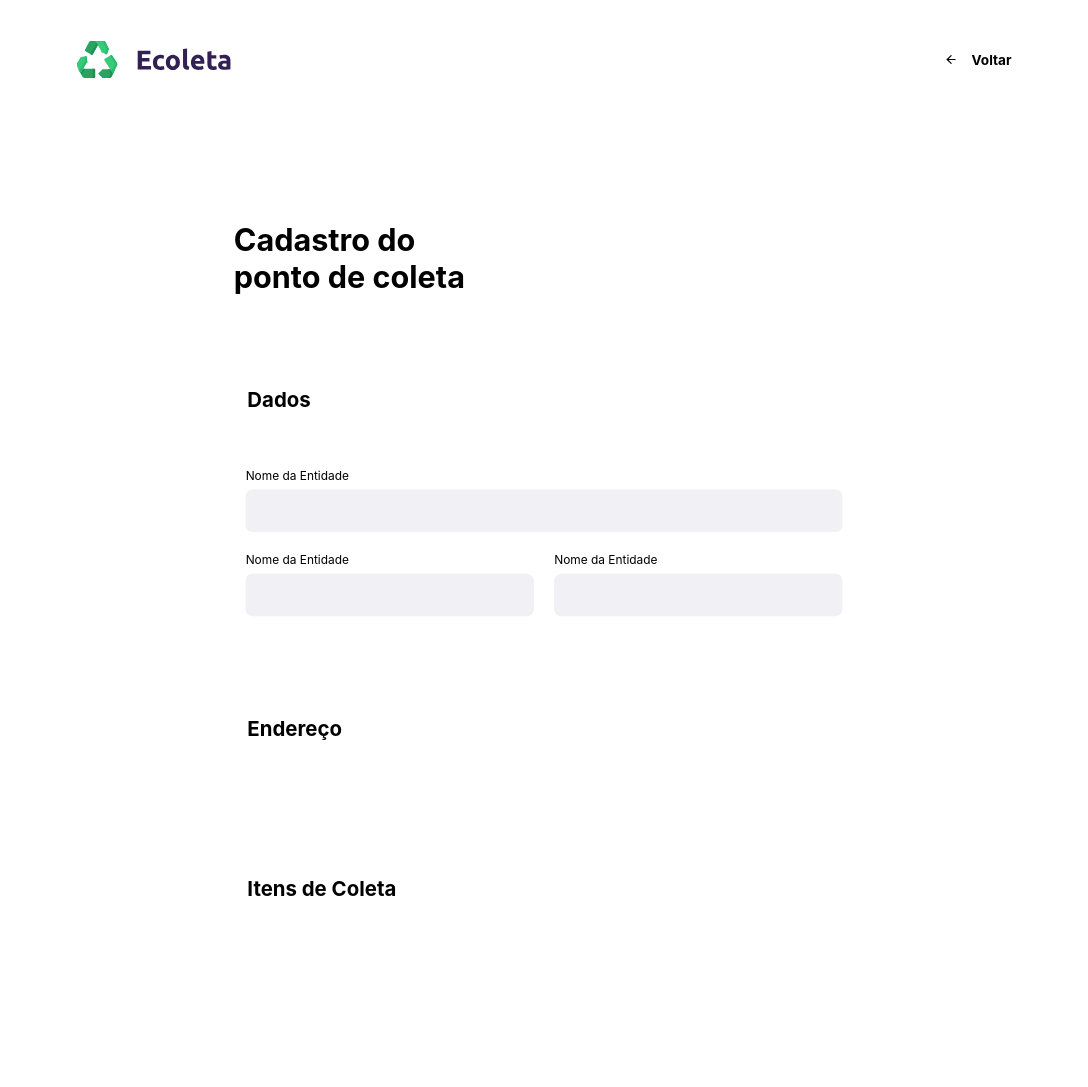
Repository: johnnedemoraesrocha/nlw-o1
Page: /create-point (app in web/)
These files come from the project's save history. The page is drawn as it stood at one moment and after the next save; the edit follows.
The browser window is 1280 px wide. The pictures show the whole page, at 85% of full size.
The project was rebuilt for these pictures with package versions that can differ from the ones it lists, and the page was loaded fresh each time. Also part of the build but not shown: web/src/App.css, web/src/pages/Home/Home.css, web/src/pages/Home/index.tsx.

Above is the page before, as saved 2020-06-03 22:44:36.

### web/public/index.html
<!DOCTYPE html>
<html lang="en">
  <head>
    <meta charset="utf-8" />
    <link rel="icon" href="%PUBLIC_URL%/favicon.ico" />
    <meta name="viewport" content="width=device-width, initial-scale=1" />
    <meta name="theme-color" content="#34CB79" />
    <meta
      name="description"
      content="Web site created using create-react-app"
    />
    <link rel="apple-touch-icon" href="%PUBLIC_URL%/logo192.png" />
    <!--
      manifest.json provides metadata used when your web app is installed on a
      user's mobile device or desktop. See https://developers.google.com/web/fundamentals/web-app-manifest/
    -->
    <!--<link rel="manifest" href="%PUBLIC_URL%/manifest.json" />-->
    <!--
      Notice the use of %PUBLIC_URL% in the tags above.
      It will be replaced with the URL of the `public` folder during the build.
      Only files inside the `public` folder can be referenced from the HTML.

      Unlike "/favicon.ico" or "favicon.ico", "%PUBLIC_URL%/favicon.ico" will
      work correctly both with client-side routing and a non-root public URL.
      Learn how to configure a non-root public URL by running `npm run build`.
    -->
    <title>Ecoleta</title>
  </head>
  <body>
    <noscript>You need to enable JavaScript to run this app.</noscript>
    <div id="root"></div>

  </body>
</html>

### web/src/App.tsx
import React, { useState } from 'react';
//import ReactDOM from 'react-dom';
import logo from './logo.svg';
import './App.css';

//import Header from './Header';
import Routes from './routes';

function App() {

  return (
    <div>
      <Routes  />
    </div>
  );
}

export default App;

### web/src/routes.tsx
import React from 'react';
import { Route, BrowserRouter } from 'react-router-dom';

import Home from './pages/Home';
import CreatePoint from './pages/CreatePoint';

const Routes = () => {
    return (
        <BrowserRouter>
            <Route component={Home} path="/" exact/>
            <Route component={CreatePoint} path="/create-point"/>
        </BrowserRouter>
    )
}
export default Routes;

### web/src/pages/CreatePoint/index.tsx
import React from 'react';
import { Link } from 'react-router-dom';
import { FiArrowLeft } from 'react-icons/fi';

import './CreatePoint.css';

import logo from '../../assets/logo.svg';

const CreatePoint = () => {
    return (
        <div id="page-create-point">
            <header>
                <img src={logo} alt="Ecoleta"></img>
                <Link to="/">
                    <FiArrowLeft />
                    Voltar
                </Link>
            </header>

            <form>
                <h1>Cadastro do <br/> ponto de coleta</h1>

                <fieldset>
                    <legend>
                        <h2>Dados</h2>
                    </legend>

                    <div className="field">
                        <label htmlFor="name">Nome da Entidade</label>
                        <input type="text" name="name" id="name" />
                    </div>

                    <div className="field-group">

                        <div className="field">
                            <label htmlFor="name">Nome da Entidade</label>
                            <input type="text" name="name" id="name" />
                        </div>

                        <div className="field">
                            <label htmlFor="name">Nome da Entidade</label>
                            <input type="text" name="name" id="name" />
                        </div>

                    </div>
                </fieldset>

                <fieldset>
                    <legend>
                        <h2>Endereço</h2>
                    </legend>
                </fieldset>

                <fieldset>
                    <legend>
                        <h2>Itens de Coleta</h2>
                    </legend>
                </fieldset>
            </form>

        </div>
    )
}

export default CreatePoint;

### web/src/pages/CreatePoint/CreatePoint.css
#page-create-point {
  width: 100%;
  max-width: 1100px;

  margin: 0 auto;
}

#page-create-point header {
  margin-top: 48px;

  display: flex;
  justify-content: space-between;
  align-items: center;
}

#page-create-point header a {
  color: var(--title-color);
  font-weight: bold;
  text-decoration: none;

  display: flex;
  align-items: center;
}

#page-create-point header a svg {
  margin-right: 16px;
  color: var(--primary-color);
}

#page-create-point form {
  margin: 80px auto;
  padding: 64px;
  max-width: 730px;
  background: #FFF;
  border-radius: 8px;

  display: flex;
  flex-direction: column;
}

#page-create-point form h1 {
  font-size: 36px;
}

#page-create-point form fieldset {
  margin-top: 64px;
  min-inline-size: auto;
  border: 0;
}

#page-create-point form legend {
  width: 100%;
  display: flex;
  justify-content: space-between;
  align-items: center;
  margin-bottom: 40px;
}

#page-create-point form legend h2 {
  font-size: 24px;
}

#page-create-point form legend span {
  font-size: 14px;
  font-weight: normal;
  color: var(--text-color);
}

#page-create-point form .field-group {
  flex: 1;
  display: flex;
}

#page-create-point form .field {
  flex: 1;

  display: flex;
  flex-direction: column;
  margin-bottom: 24px;
}

#page-create-point form .field input[type=text],
#page-create-point form .field input[type=email],
#page-create-point form .field input[type=number] {
  flex: 1;
  background: #F0F0F5;
  border-radius: 8px;
  border: 0;
  padding: 16px 24px;
  font-size: 16px;
  color: #6C6C80;
}

#page-create-point form .field select {
  -webkit-appearance: none;
  -moz-appearance: none;
  appearance: none;
  flex: 1;
  background: #F0F0F5;
  border-radius: 8px;
  border: 0;
  padding: 16px 24px;
  font-size: 16px;
  color: #6C6C80;
}

#page-create-point form .field input::placeholder {
  color: #A0A0B2;
}

#page-create-point form .field label {
  font-size: 14px;
  margin-bottom: 8px;
}

#page-create-point form .field :disabled {
  cursor: not-allowed;
}

#page-create-point form .field-group .field + .field {
  margin-left: 24px;
}

#page-create-point form .field-group input + input {
  margin-left: 24px;
}

#page-create-point form .field-check {
  flex-direction: row;
  align-items: center;
}

#page-create-point form .field-check input[type=checkbox] {
  background: #F0F0F5;
}

#page-create-point form .field-check label {
  margin: 0 0 0 8px;
}

#page-create-point form .leaflet-container {
  width: 100%;
  height: 350px;
  border-radius: 8px;
  margin-bottom: 24px;
}

#page-create-point form button {
  width: 260px;
  height: 56px;
  background: var(--primary-color);
  border-radius: 8px;
  color: #FFF;
  font-weight: bold;
  font-size: 16px;
  border: 0;
  align-self: flex-end;
  margin-top: 40px;
  transition: background-color 0.2s;
  cursor: pointer;
}

#page-create-point form button:hover {
  background: #2FB86E;
}

.items-grid {
  display: grid;
  grid-template-columns: repeat(3, 1fr);
  gap: 16px;
  list-style: none;
}

.items-grid li {
  background: #f5f5f5;
  border: 2px solid #f5f5f5;
  height: 180px;
  border-radius: 8px;
  padding: 32px 24px 16px;

  display: flex;
  flex-direction: column;
  justify-content: space-between;
  align-items: center;

  text-align: center;

  cursor: pointer;
}

.items-grid li span {
  flex: 1;
  margin-top: 12px;

  display: flex;
  align-items: center;
  color: var(--title-color)
}

.items-grid li.selected {
  background: #E1FAEC;
  border: 2px solid #34CB79;
}

Loaded but not shown: web/src/index.tsx (common file); web/src/index.css (common file)

After the next save:
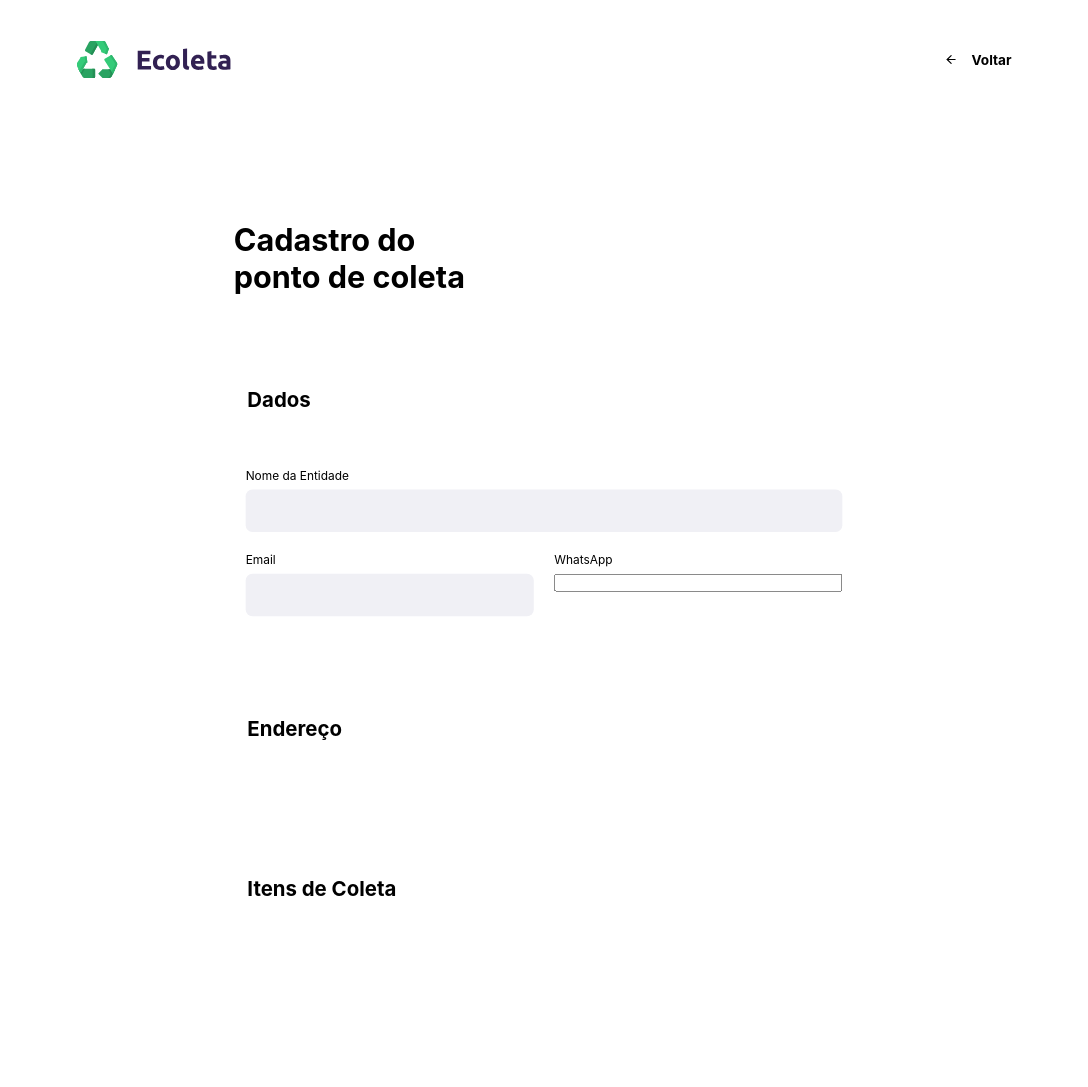
Saved 43 s later.
--- a/web/src/pages/CreatePoint/index.tsx
+++ b/web/src/pages/CreatePoint/index.tsx
@@ -33,13 +33,13 @@ const CreatePoint = () => {
                     <div className="field-group">
 
                         <div className="field">
-                            <label htmlFor="name">Nome da Entidade</label>
-                            <input type="text" name="name" id="name" />
+                            <label htmlFor="email">Email</label>
+                            <input type="email" name="email" id="email" />
                         </div>
 
                         <div className="field">
-                            <label htmlFor="name">Nome da Entidade</label>
-                            <input type="text" name="name" id="name" />
+                            <label htmlFor="name">WhatsApp</label>
+                            <input type="tel" name="WhatsApp" id="WhatsApp" />
                         </div>
 
                     </div>
